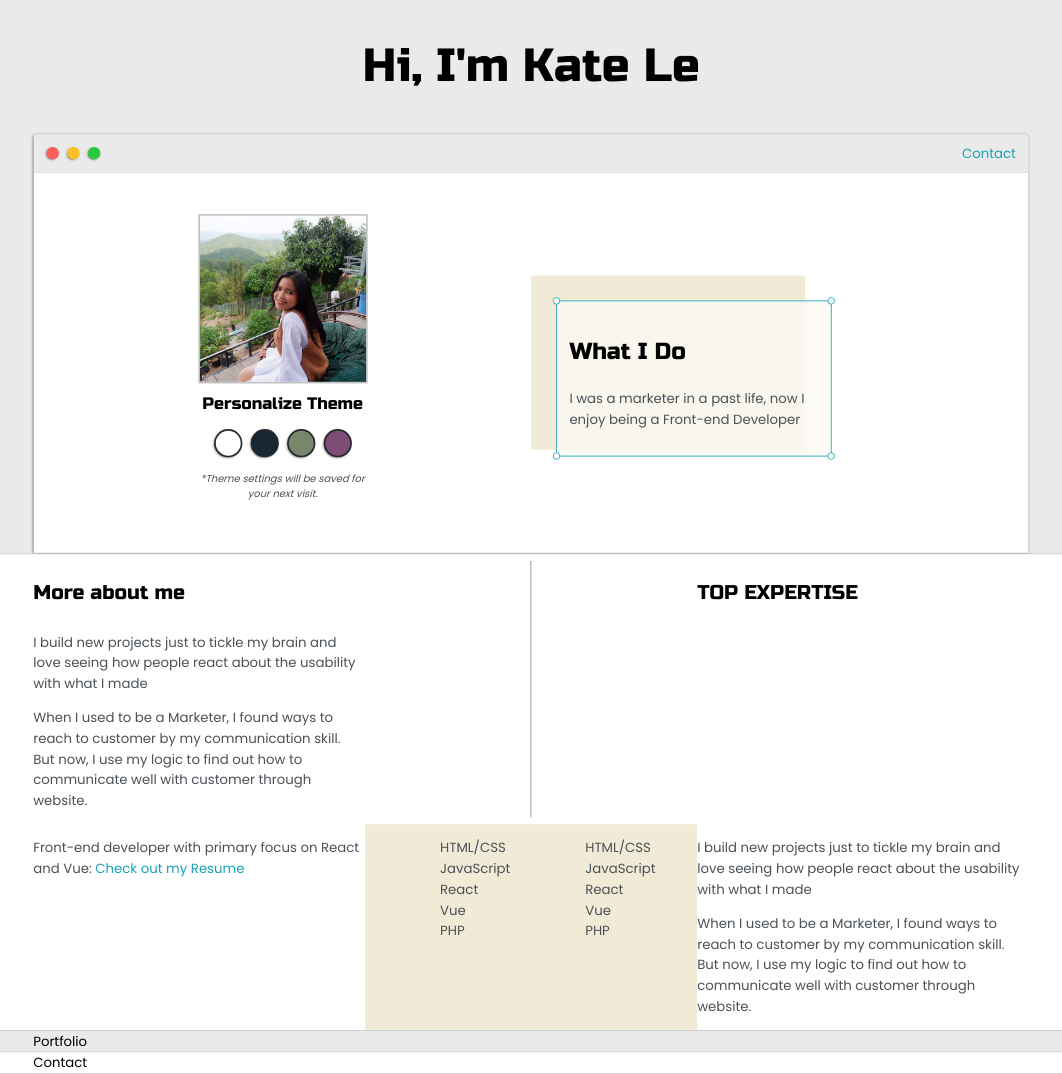
Repository: kate30980/my-persponal-website
Page: index.html
An editor plug-in stored every save of this project. The page is shown before and after the next save, followed by the edit.
The browser window is 1280 px wide. The pictures show the whole page, at 83% of full size.

Above is the page before, as saved 2021-08-26 22:14:13.

### index.html
<!DOCTYPE html>
<html lang="en">

<head>
    <meta charset="UTF-8">
    <meta http-equiv="X-UA-Compatible" content="IE=edge">
    <meta name="viewport" content="width=device-width, initial-scale=1.0">
    <title>Kate Le</title>
    <link rel="preconnect" href="https://fonts.googleapis.com">
    <link rel="preconnect" href="https://fonts.gstatic.com" crossorigin>
    <link rel="preconnect" href="https://fonts.googleapis.com">
    <link rel="preconnect" href="https://fonts.gstatic.com" crossorigin>
    <link href="https://fonts.googleapis.com/css2?family=Poppins:wght@300;400;600;700&family=Russo+One&display=swap"
        rel="stylesheet">
    <link rel="stylesheet" href="main.css">
</head>

<body>

    <section class="s1">
        <div class="main-container">
            <div class="greeting-wrapper">
                <h1>Hi, I'm Kate Le</h1>
            </div>

            <div class="intro-wrapper">
                <div class="nav-wrapper">
                    <div class="dots-wrapper">
                        <div id="dot-1" class="browser-dot"></div>
                        <div id="dot-2" class="browser-dot"></div>
                        <div id="dot-3" class="browser-dot"></div>
                    </div>
                    <ul id="navigation">
                        <li>
                            <a href="#">Contact</a>
                        </li>
                    </ul>
                </div>
                <div class="left-column">
                    <img id="profile-pic" src="./images/IMG_2624.JPG" alt="img-kate">
                    <h5 style="text-align:center;line-height:0; margin: 25px">Personalize Theme</h5>

                    <div id="theme-options-wrapper">
                        <div id="light-mode" class="theme-dot"></div>
                        <div id="blue-mode" class="theme-dot"></div>
                        <div id="green-mode" class="theme-dot"></div>
                        <div id="purple-mode" class="theme-dot"></div>
                    </div>

                    <p id="settings-note">*Theme settings will be saved for <br> your next visit.</p>
                </div>
                <div class="right-column">

                    <div id="preview-shadow">
                        <div id="preview">
                            <div id="corner-tl" class="corner"></div>
                            <div id="corner-tr" class="corner"></div>
                            <h3>What I Do</h3>
                            <p>I was a marketer in a past life, now I enjoy being a Front-end Developer</p>
                            <div id="corner-br" class="corner"></div>
                            <div id="corner-bl" class="corner"></div>
                        </div>
                    </div>

                </div>
            </div>

        </div>
    </section>

    <section class="s2">
        <div class="main-container">

            <div class="about-wrapper">
                <div class="about-me">
                    <h4>More about me</h4>
                    <p>I build new projects just to tickle my brain and love seeing how people react about the usability
                        with what I made</p>
                    <p>When I used to be a Marketer, I found ways to reach to customer by my communication skill. But
                        now, I use my logic to find out how to communicate well with customer through website.</p>
                </div>
                <hr>

                <h4>TOP EXPERTISE</h4>
                <p>Front-end developer with primary focus on React and Vue: <a target="_blank"
                        href="CV-HAN-LE-FRONTEND-DEV.pdf">Check
                        out my Resume</a></p>

                <div id="skills">
                    <ul>
                        <li>HTML/CSS</li>
                        <li>JavaScript</li>
                        <li>React</li>
                        <li>Vue</li>
                        <li>PHP</li>
                    </ul>
                    <ul>
                        <li>HTML/CSS</li>
                        <li>JavaScript</li>
                        <li>React</li>
                        <li>Vue</li>
                        <li>PHP</li>
                    </ul>
                </div>


                <div class="social-links">
                    <p>I build new projects just to tickle my brain and love seeing how people react about the usability
                        with what I made</p>
                    <p>When I used to be a Marketer, I found ways to reach to customer by my communication skill. But
                        now, I use my logic to find out how to communicate well with customer through website.</p>
                </div>
            </div>

        </div>
    </section>

    <section class="s1">
        <div class="main-container">
            Portfolio
        </div>
    </section>

    <section class="s2">
        <div class="main-container">
            Contact
        </div>
    </section>

</body>

</html>

### main.css
:root {
  --mainText: black;
  --secondaryText: #4b5156;

  --mainColor: #eaeaea;
  --secondaryColor: #fff;

  --borderColor: #c1c1c1;
  --themeDotBorder: #24292e;

  --previewBg: rgba(251, 249, 243, 0.8);
  --previewShadow: #f0ead6;
}

html,
body {
  padding: 0;
  margin: 0;
  font-family: "Poppins", sans-serif;
}
h1,
h2,
h3,
h4,
h5,
h6,
strong {
  color: var(--mainText);
  font-family: "Russo One", sans-serif;
  font-weight: 500;
}

p,
li,
span,
label,
input,
textarea,
select {
  color: var(--secondaryText);
  font-family: "Poppins", sans-serif;
}
ul {
  list-style: none;
}

a {
  text-decoration: none;
  color: #17a2b8;
}

h1 {
  font-size: 56px;
}
h2 {
  font-size: 36px;
}
h3 {
  font-size: 28px;
}
h4 {
  font-size: 24px;
}
h5 {
  font-size: 20px;
}
h6 {
  font-size: 16px;
}

.s1 {
  background-color: var(--mainColor);
  border-bottom: 1px solid var(--borderColor);
  overflow: auto;
}
.s2 {
  background-color: var(--secondaryColor);
  border-bottom: 1px solid var(--borderColor);
  overflow: auto;
}
.main-container {
  width: 1200px;
  margin: 0 auto;
}
.greeting-wrapper {
  display: grid;
  text-align: center;
  align-content: center;
  min-height: 10em;
}

.intro-wrapper {
  background-color: var(--secondaryColor);
  border: 1px solid var(--borderColor);
  border-radius: 5px 5px 0 0;

  -webkit-box-shadow: -1px 1px 3px -1px rgba(0, 0, 0, 0.75);
  -moz-box-shadow: -1px 1px 3px -1px rgba(0, 0, 0, 0.75);
  box-shadow: -1px 1px 3px -1px rgba(0, 0, 0, 0.75);

  display: grid;
  grid-template-columns: 1fr 1fr;
  grid-template-areas:
    "nav-wrapper nav-wrapper"
    "left-column right-column";
}

#navigation {
  margin: 0;
  padding: 10px;
}
#navigation li {
  display: inline-block;
  margin-right: 5px;
  margin-left: 5px;
}

.dots-wrapper {
  display: flex;
  padding: 10px;
}

#dot-1 {
  background-color: #fc6058;
}
#dot-2 {
  background-color: #fec027;
}
#dot-3 {
  background-color: #2aca3e;
}

.browser-dot {
  background-color: black;
  height: 15px;
  width: 15px;
  border-radius: 50%;
  margin: 5px;

  -webkit-box-shadow: -1px 1px 3px -1px rgba(0, 0, 0, 0.75);
  -moz-box-shadow: -1px 1px 3px -1px rgba(0, 0, 0, 0.75);
  box-shadow: -1px 1px 3px -1px rgba(0, 0, 0, 0.75);
}

.nav-wrapper {
  grid-area: nav-wrapper;
  border-bottom: 1px solid var(--borderColor);
  display: flex;
  justify-content: space-between;
  align-items: center;
  background-color: var(--mainColor);
  border-radius: 5px 5px 0 0;
}
.left-column {
  grid-area: left-column;
  padding-top: 50px;
  padding-bottom: 50px;
}
#profile-pic {
  display: block;
  margin: auto;
  height: 200px;
  width: 200px;
  object-fit: cover;
  border: 2px solid var(--borderColor);
}

#theme-options-wrapper {
  display: flex;
  justify-content: center;
}

.theme-dot {
  height: 30px;
  width: 30px;
  border-radius: 50%;
  background-color: black;

  margin: 5px;
  border: 2px solid var(--themeDotBorder);

  -webkit-box-shadow: -1px 1px 3px -1px rgba(0, 0, 0, 0.75);
  -moz-box-shadow: -1px 1px 3px -1px rgba(0, 0, 0, 0.75);
  box-shadow: -1px 1px 3px -1px rgba(0, 0, 0, 0.75);
  cursor: pointer;
}

.theme-dot:hover {
  border-width: 5px;
}
#light-mode {
  background-color: #fff;
}
#blue-mode {
  background-color: #192734;
}
#green-mode {
  background-color: #78866b;
}
#purple-mode {
  background-color: #7e4c74;
}
#settings-note {
  font-size: 12px;
  font-style: italic;
  text-align: center;
}

.right-column {
  grid-area: right-column;
  display: grid;
  align-content: center;

  padding-top: 50px;
  padding-bottom: 50px;
}

#preview-shadow {
  background-color: var(--previewShadow);
  width: 300px;
  height: 180px;
  padding-left: 30px;
  padding-top: 30px;
}

#preview {
  width: 300px;
  border: 1.5px solid #17a2b8;
  background-color: var(--previewBg);
  padding: 15px;
  position: relative;
}
.corner {
  width: 7px;
  border: 1.5px solid #17a2b8;
  height: 7px;
  border-radius: 50%;
  background-color: #fff;
  position: absolute;
}
#corner-tl {
  top: -5px;
  left: -5px;
}
#corner-tr {
  top: -5px;
  right: -5px;
}
#corner-br {
  bottom: -5px;
  right: -5px;
}
#corner-bl {
  bottom: -5px;
  left: -5px;
}

.about-wrapper {
  display: grid;
  grid-template-columns: repeat(auto-fit, minmax(320px, 1fr));
  /*Repeat this action right here which tells us auto fit as many colums as we can into this row, however many colums will fil in there  and add them in there and repeat it this way with min max say that the column should never be smaller than 320px, so once we get to the point where it starts crushing it, go ahead and start naturally stacking those item*/
}

#skills {
  display: flex;
  justify-content: space-evenly;
  background-color: var(--previewShadow);
}

@media screen and (max-width: 1200px) {
  .main-container {
    width: 95%;
  }
}
@media screen and (max-width: 800px) {
  .intro-wrapper {
    grid-template-columns: 1fr;
    grid-template-areas:
      "nav-wrapper"
      "left-column"
      "right-column";
  }
  .right-column {
    justify-content: center;
  }
}

After the next save:
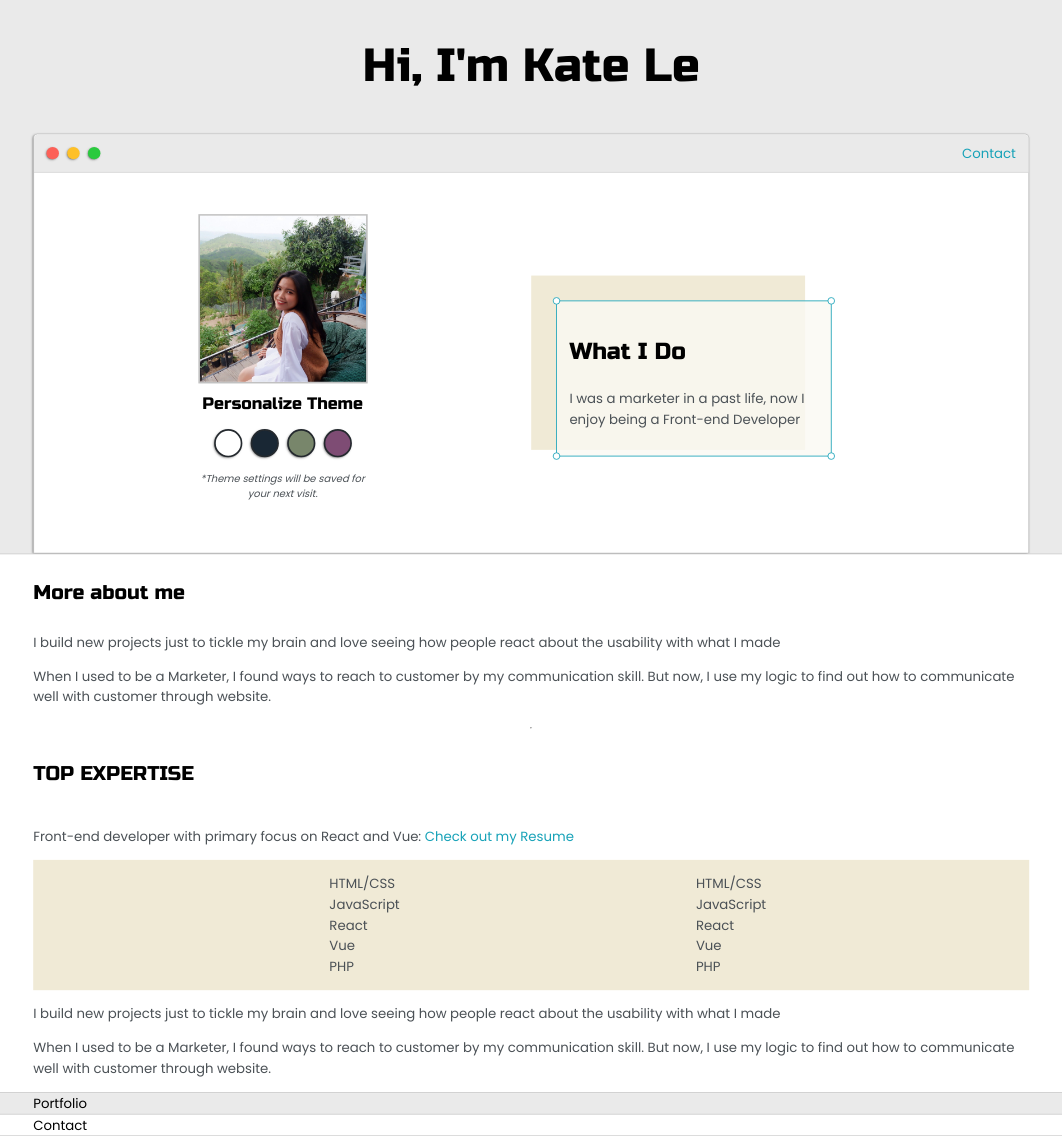
Saved 89 s later.
--- a/main.css
+++ b/main.css
@@ -257,7 +257,7 @@
 
 .about-wrapper {
   display: grid;
-  grid-template-columns: repeat(auto-fit, minmax(320px, 1fr));
+  /* grid-template-columns: repeat(auto-fit, minmax(320px, 1fr)); */
   /*Repeat this action right here which tells us auto fit as many colums as we can into this row, however many colums will fil in there  and add them in there and repeat it this way with min max say that the column should never be smaller than 320px, so once we get to the point where it starts crushing it, go ahead and start naturally stacking those item*/
 }
 
